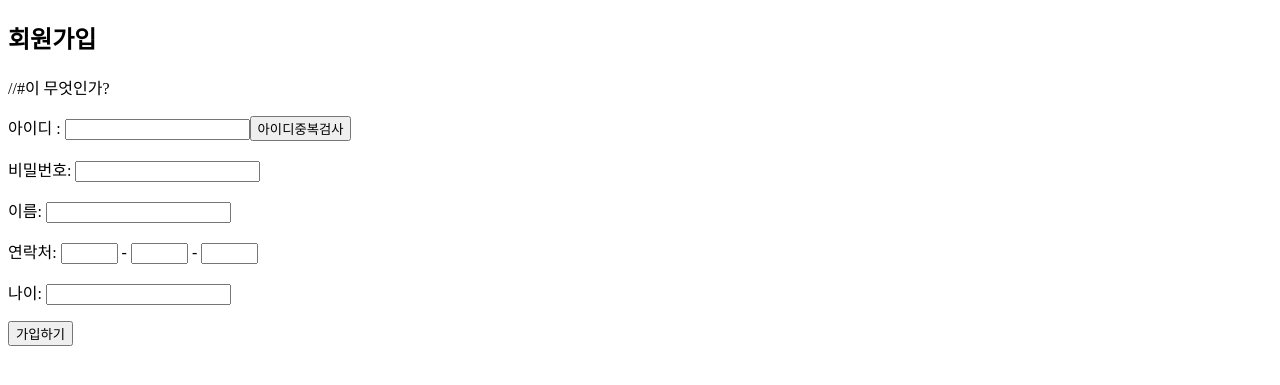
Repository: JaeYoon0935/lcom-servlet-jsp
Page: http://localhost/lcomputerstudy/newjoin.jsp
These files come from the project's save history. The page is drawn as it stood at one moment and after the next save; the edit follows.
The browser window is 1280 px wide. The pictures show the whole page.
The page is served by Tomcat 9. Other server files are loaded and not shown.

Above is the page before, as saved 2020-09-17 13:06:23.

### lcomputerstudy/WebContent/newjoin.jsp
<%@ page language="java" contentType="text/html; charset=EUC-KR"
    pageEncoding="EUC-KR"%>
<!DOCTYPE html>
<html>
<head>
<meta charset="EUC-KR">
<title>JSP로 회원가입 만들기</title>
</head>
<body>
	<h2>회원가입</h2>
	<form action="#" name="user" method="post"> //#이 무엇인가?
	<p> 아이디 : <input type="text" name ="id"><input type="button" value ="아이디중복검사"></p>
	<p> 비밀번호: <input type="password" name="password"></p>
	<p> 이름: <input type="text" name="name">
	<p> 연락처: <input type="text" maxlength="4" size="4" name ="tel1"> -
			  <input type="text" maxlength="4" size="4" name ="tel2"> -
			  <input type="text" maxlength="4" size="4" name ="tel3">
	</p>
	<p> 나이: <input type="text" name = "age"></p>
	<p> <input type="submit" value ="가입하기"></p>
	</form>
</body>
</html>

After the next save:
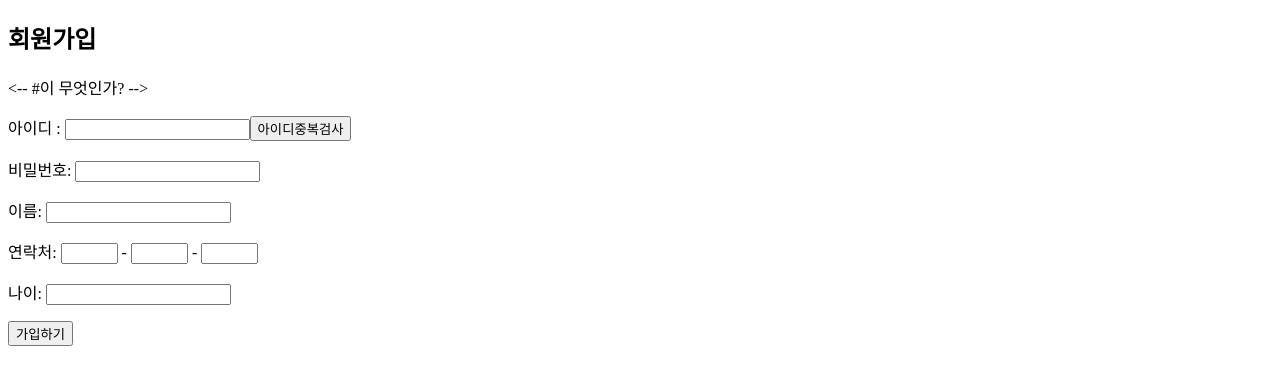
Saved 84 s later.
--- a/lcomputerstudy/WebContent/newjoin.jsp
+++ b/lcomputerstudy/WebContent/newjoin.jsp
@@ -8,7 +8,8 @@
 </head>
 <body>
 	<h2>회원가입</h2>
-	<form action="#" name="user" method="post"> //#이 무엇인가?
+	<form action="#" name="user" method="post">
+	<-- #이 무엇인가? -->
 	<p> 아이디 : <input type="text" name ="id"><input type="button" value ="아이디중복검사"></p>
 	<p> 비밀번호: <input type="password" name="password"></p>
 	<p> 이름: <input type="text" name="name">
